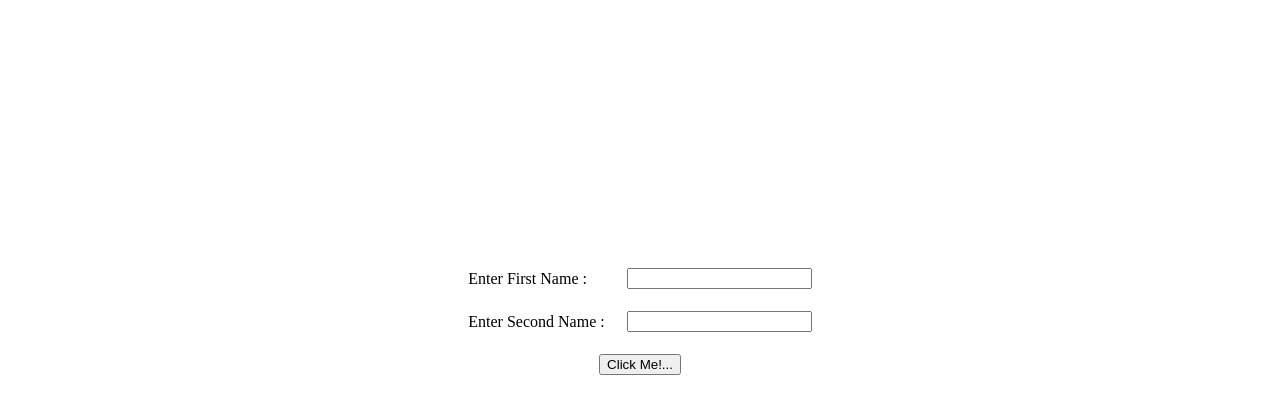
Repository: gajanansp07/Advance_Java_Practice
Page: Webapp/src/main/webapp/FullName.html
These files come from the project's save history. The page is drawn as it stood at one moment and after the next save; the edit follows.
The browser window is 1280 px wide. The pictures show the whole page.

Above is the page before, as saved 2022-03-13 06:53:28.

### Webapp/src/main/webapp/FullName.html
<!DOCTYPE html>
<html>
<head>
<meta charset="ISO-8859-1">
<title>Insert title here</title>
<style>
   body{
   		    margin-top: 20%;
   }
	td{
		padding: 10px;
}
table{
		text-align: -webkit-center;
}
</style>
<script type="text/javascript">
function fullName() {
	  const output = document.getElementById('fullname');
	  let text = document.getElementById('fn').value;
	  output.innerHTML = text.concat(" "+document.getElementById('ln').value);
	}
</script>
</head>
<body>
<form>
<table align="center">
<tr>
<td>Enter First Name : </td>
<td><input type="text" name="fname" id="fn"/></td>
</tr>
<tr>
<td>Enter Second Name : </td>
<td><input type="text" name="lname" id="ln" /></td>
</tr>
<tr>
<td colspan=2  align="center"><input type="button" value="Click Me!..." onClick="fullName()" ></td>
</tr>
</table>
<div id="fullname" style="text-align-last: center"></div>
</form>
</body>
</html>

After the next save:
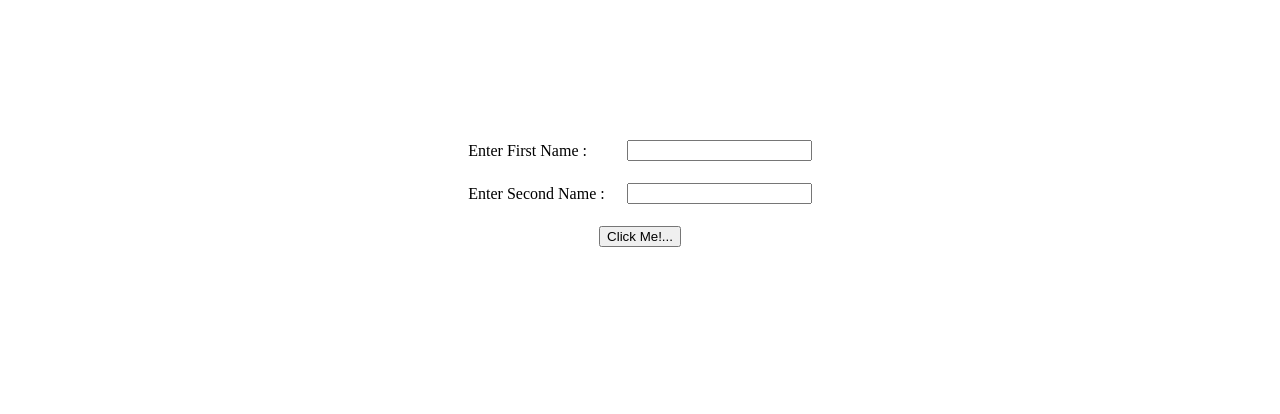
Saved 57 s later.
--- a/Webapp/src/main/webapp/FullName.html
+++ b/Webapp/src/main/webapp/FullName.html
@@ -5,7 +5,7 @@
 <title>Insert title here</title>
 <style>
    body{
-   		    margin-top: 20%;
+   		    margin-top: 10%;
    }
 	td{
 		padding: 10px;
